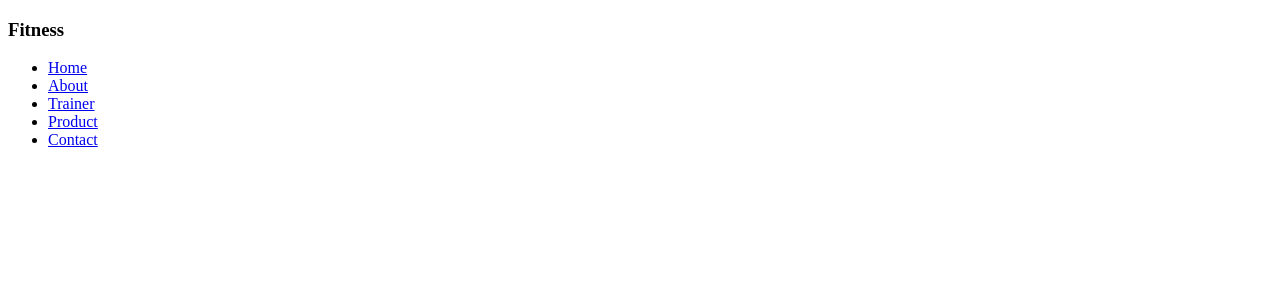
Repository: Mayur2905/OIBSIP
Page: Task-1/index.html
The author's editor kept a copy of each file at every save. The page is drawn from the files as they stood at one save, then again after the next save.
The browser window is 1280 px wide. The pictures show the whole page.

Above is the page before, as saved 2022-02-02 23:27:32.

After the next save:
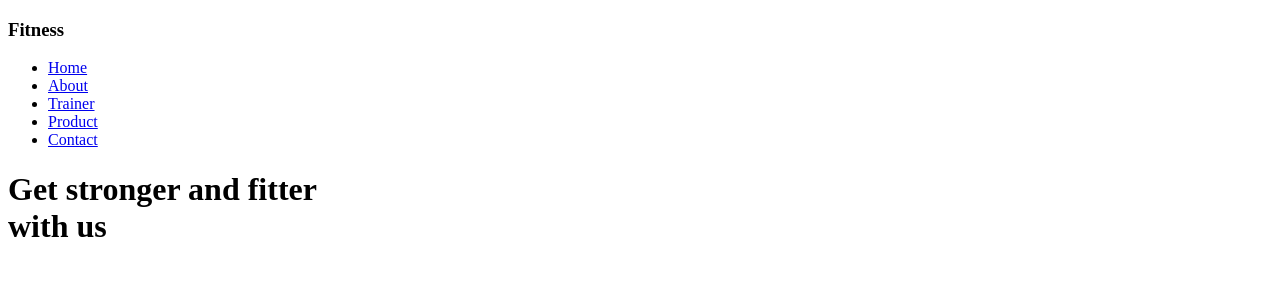
Saved 95 s later.
--- a/Task-1/index.html
+++ b/Task-1/index.html
@@ -21,5 +21,8 @@
             </ul>
         </nav>
     </div>
+    <div class="content">
+        <h1>Get stronger and fitter <br> <span class="sytle">with us</span></h1>
+    </div>
 </body>
 </html>
